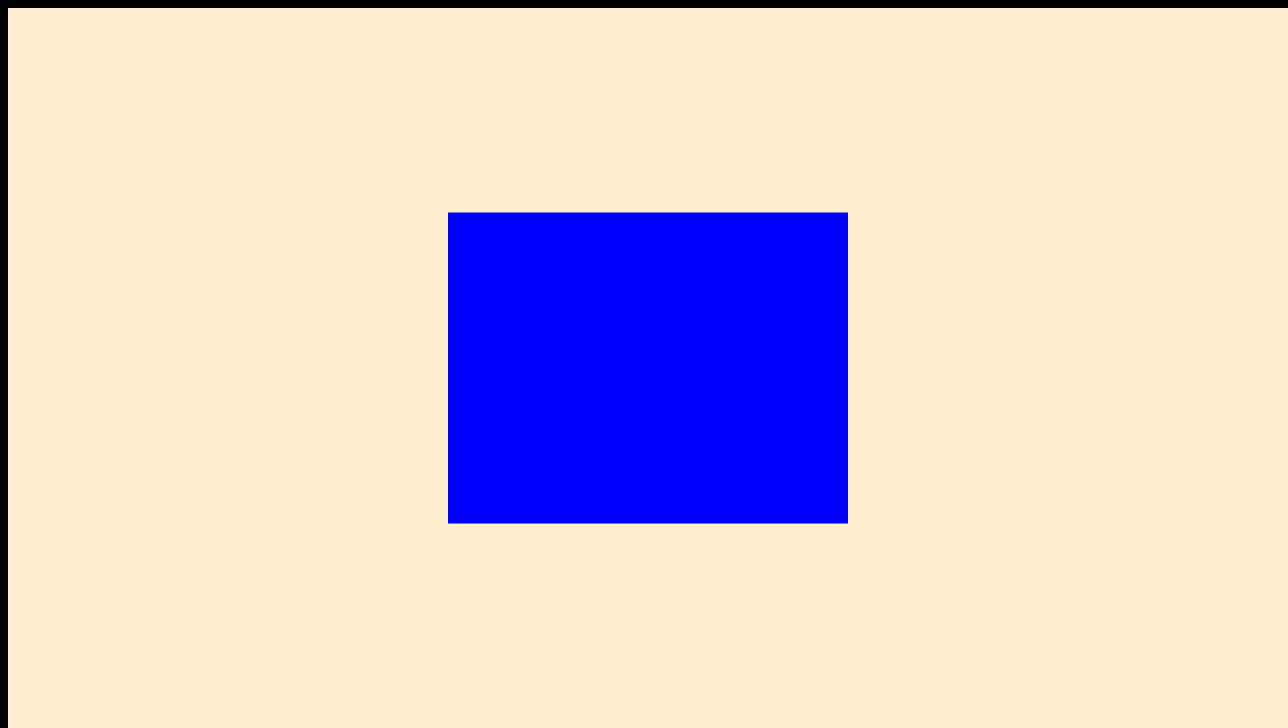
Repository: DorivalJunior14/Projeto-social
Page: index.html
These files come from the project's save history. The page is drawn as it stood at one moment and after a run of saves; the edit follows.
The browser window is 1280 px wide. The page is 1288 px wide, so the pictures cover 1288 px, including what lies to the right of the window. The pictures show the whole page.

Above is the page before, as saved 2022-06-24 12:36:59.

### index.html
<!DOCTYPE html>
<html lang="pt-br">
<head>
    <meta charset="UTF-8">
    <meta http-equiv="X-UA-Compatible" content="IE=edge">
    <meta name="viewport" content="width=device-width, initial-scale=1.0">
    <link rel="shortcut icon" href="favicon.ico" type="image/x-icon">
    <link rel="stylesheet" href="estilos/style.css">
    <title>Projeto redes sociais</title>

</head>
<body>
  <main>
    <section id="telefone">
    </section>
    <section id="redes-sociais">
    </section>
  </main>
</body>
</html>

### estilos/style.css
@charset "UTF-8"

*{
    margin: 0px;
    padding: 0px;
    font-family: Arial, Helvetica, sans-serif;
}

html, body {
    height: 100vh;
    width: 100vw;
    background-color: black;

}

main {
    position: relative;
    height: 100vh;
    background-color: blanchedalmond;
}

section#telefone {
    position: absolute;
    top: 50%;
    left: 50%;
    transform: translate(-50%,-50%);
    height: 311px;
    width: 400px;
    background-color: blue;
    background: url(".../'imagens/frame-iphone.png');
    transform: translate(-50%,-50%);


}

After the next 2 saves:
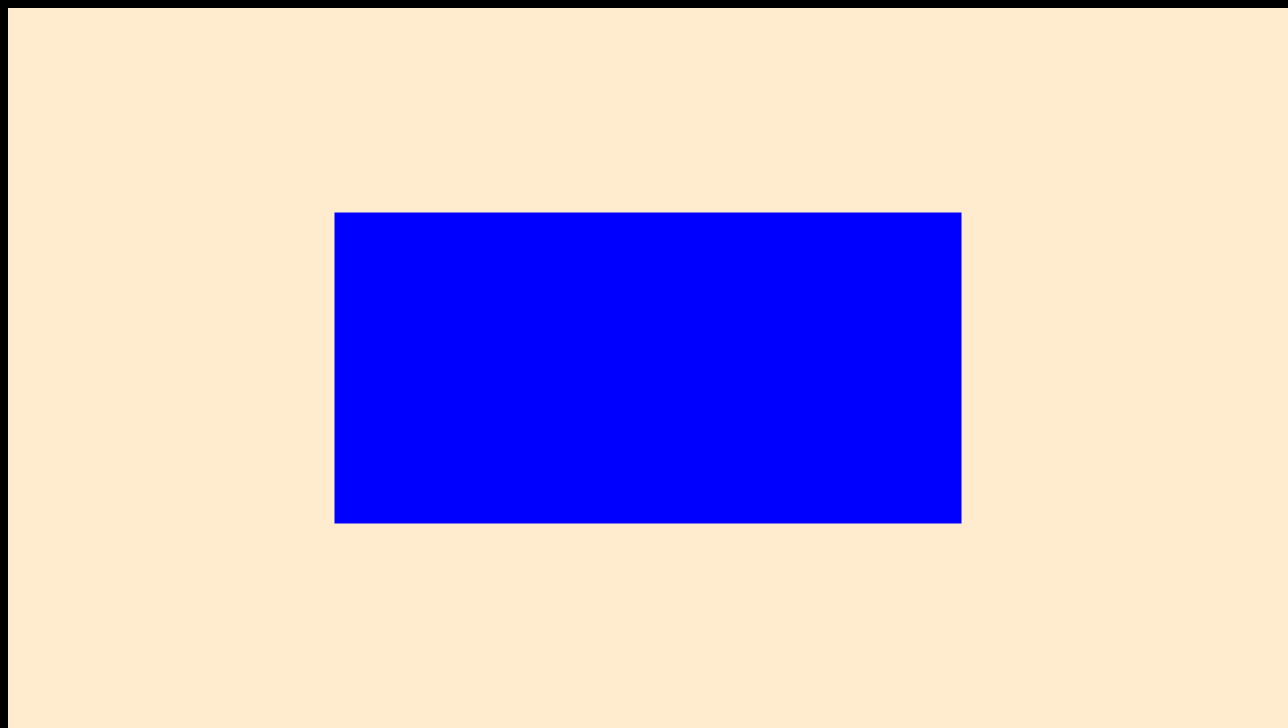
The 2 saves are shown as one change because they came seconds apart.
The last was saved 8 s later.
--- a/estilos/style.css
+++ b/estilos/style.css
@@ -25,7 +25,7 @@ section#telefone {
     left: 50%;
     transform: translate(-50%,-50%);
     height: 311px;
-    width: 400px;
+    width: 627px;
     background-color: blue;
     background: url(".../'imagens/frame-iphone.png');
     transform: translate(-50%,-50%);
